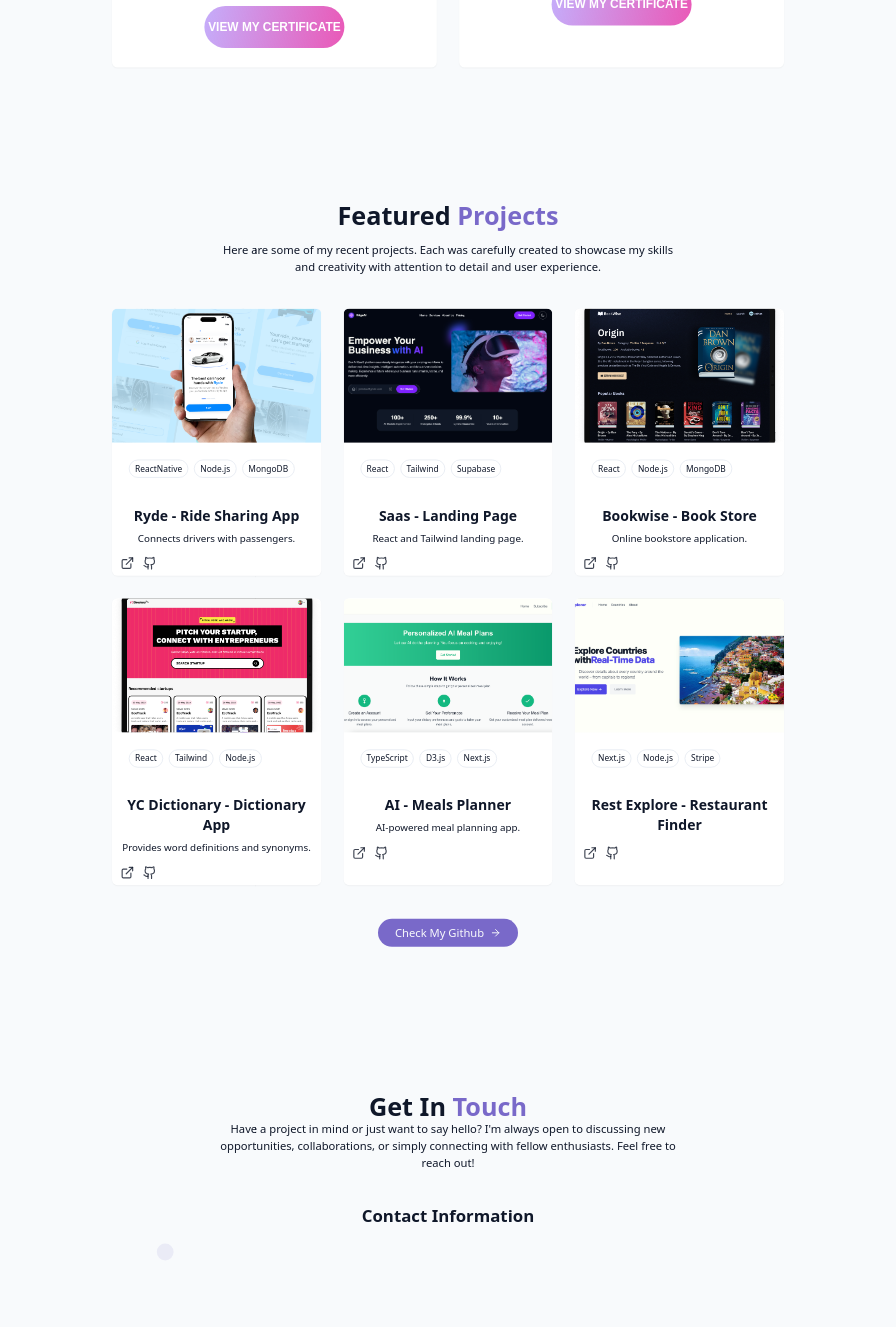
Repository: mOzariffard/Portfolio
Page: /
An editor plug-in stored every save of this project. The page is shown before and after the next save, followed by the edit.
The browser window is 1280 px wide. The pictures show the part of the page from y = 3792 to 5712 px (the page is 5688 px tall before and 5712 px after), at 70% of full size.
The project was rebuilt for these pictures with package versions that can differ from the ones it lists, and the page was loaded fresh each time. Also part of the build but not shown: vite.config.js, src/pages/NotFound.jsx.

Above is the page before, as saved 2025-06-30 17:11:33.

After the next save:
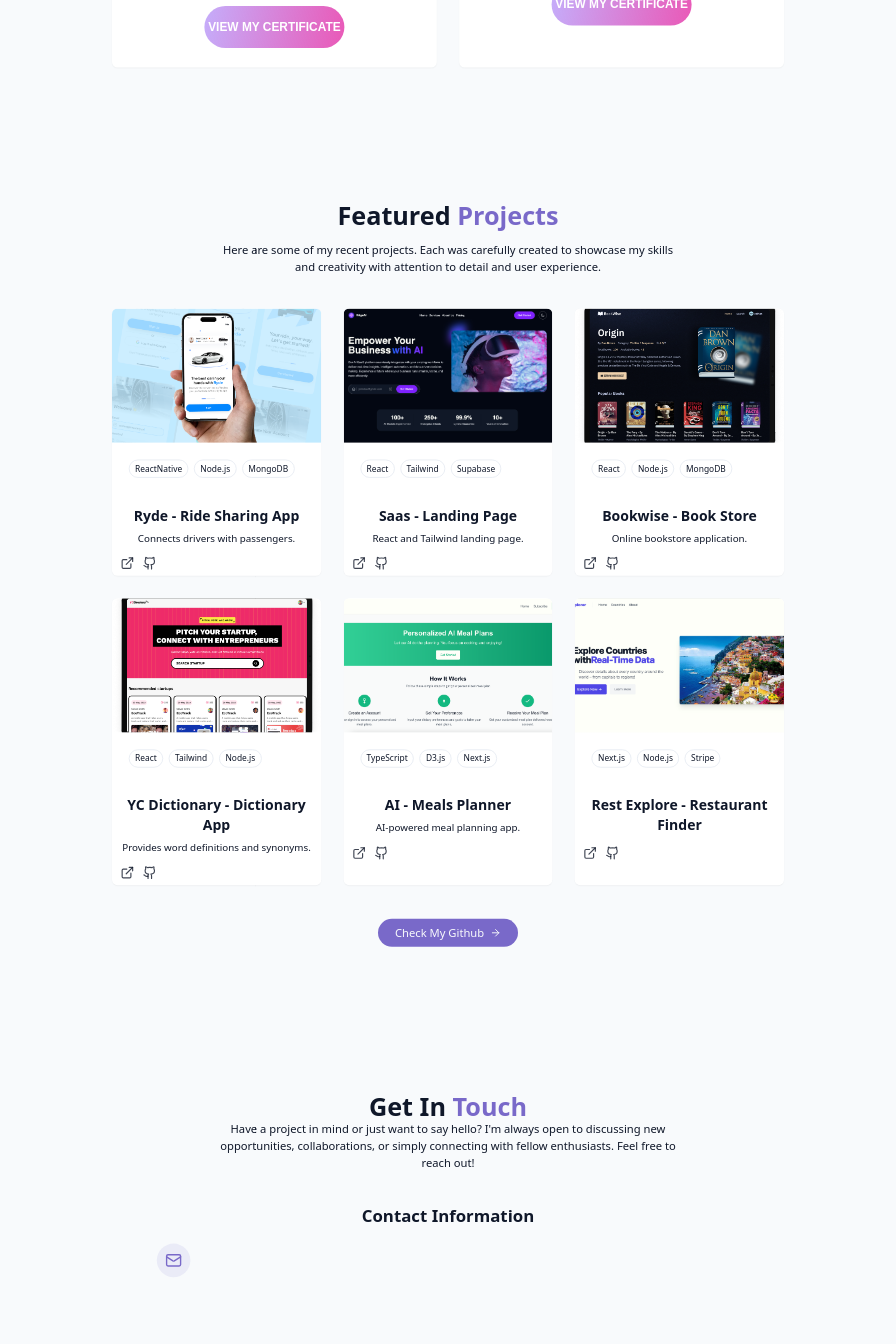
Saved 64 s later.
--- a/src/components/ContactSection.jsx
+++ b/src/components/ContactSection.jsx
@@ -1,3 +1,4 @@
+import { Mail } from 'lucide-react'
 import React from 'react'
 
 const ContactSection = () => {
@@ -23,7 +24,7 @@ const ContactSection = () => {
                 <div className='space-y-6 justify-center'>
                     <div className='flex items-start space-x4'>
                         <div className='p-3 rounded-full bg-primary/10'>
-
+                        <Mail className='w-6 h-6 text-primary' />
                         </div>
                     </div>
                 </div>
